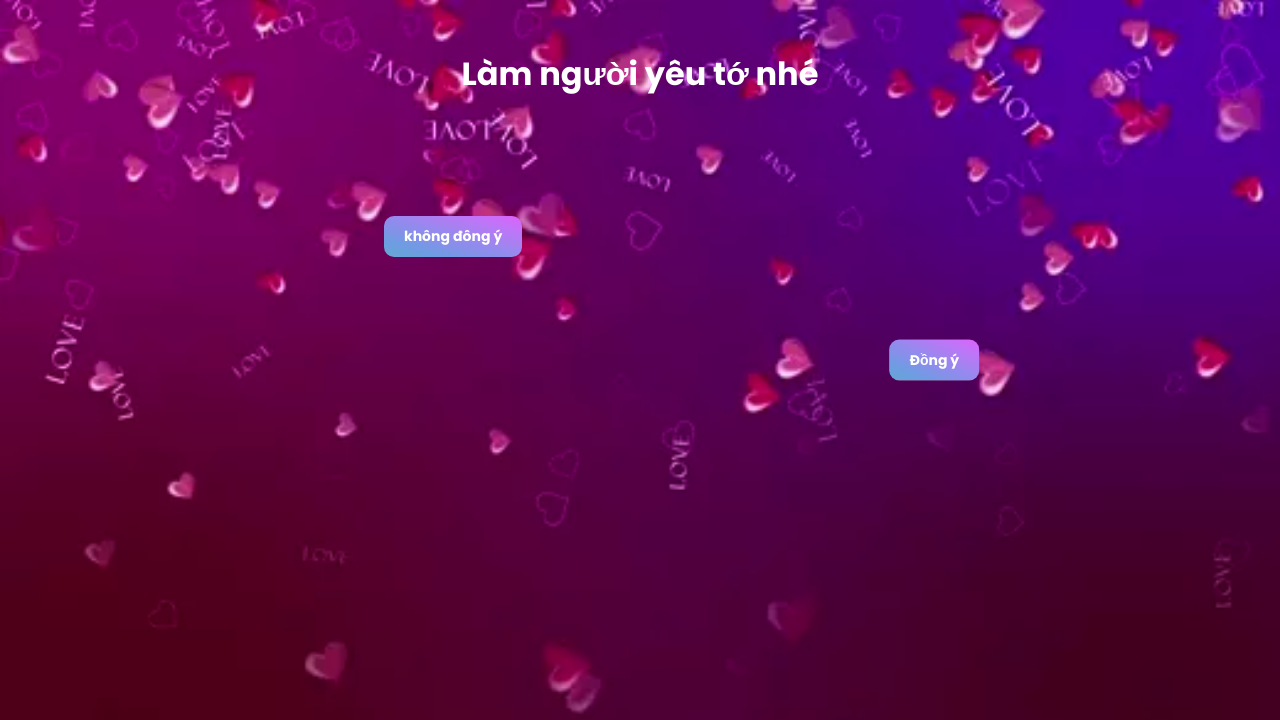
Repository: kuluong2000/love
Page: index.html
The author's editor kept a copy of each file at every save. The page is drawn from the files as they stood at one save, then again after the next save.
The browser window is 1280 px wide. The pictures show the whole page.

Above is the page before, as saved 2022-06-05 10:00:22.

After the next save:
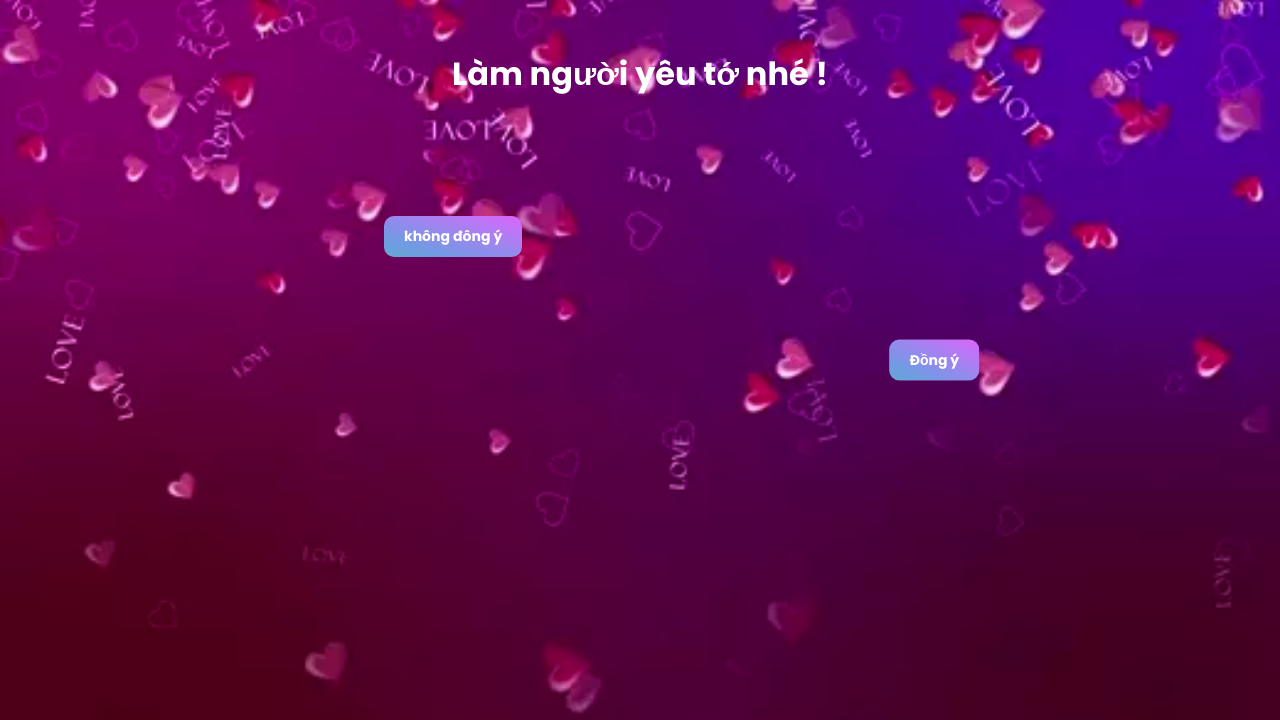
Saved 12 s later.
--- a/index.html
+++ b/index.html
@@ -9,7 +9,7 @@
   </head>
   <body>
     <div class="love">
-      <h1>Làm người yêu tớ nhé</h1>
+      <h1>Làm người yêu tớ nhé !</h1>
       <button class="love-success btn">Đồng ý</button>
       <button class="love-fail btn">không đông ý</button>
     </div>
